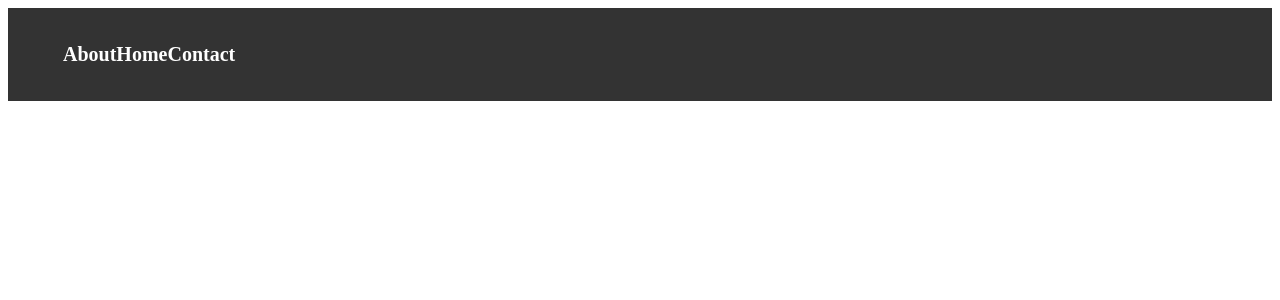
Repository: EMERIC237/codeFi-js
Page: week1/exercise5/index.html
These files come from the project's save history. The page is drawn as it stood at one moment and after the next save; the edit follows.
The browser window is 1280 px wide. The pictures show the whole page.

Above is the page before, as saved 2023-08-21 19:46:00.

After the next save:
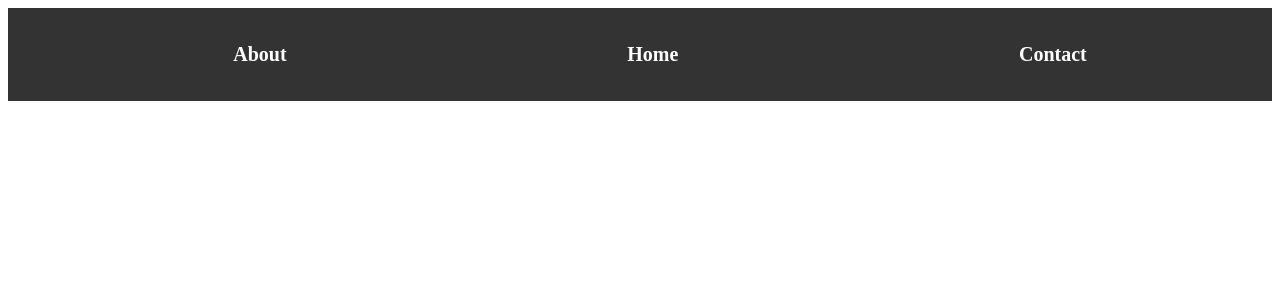
Saved 4 s later.
--- a/week1/exercise5/style.css
+++ b/week1/exercise5/style.css
@@ -11,6 +11,6 @@ header{
 nav ul {
     list-style-type: none;
     display: flex;
-
+    justify-content: space-around;
 
 }
